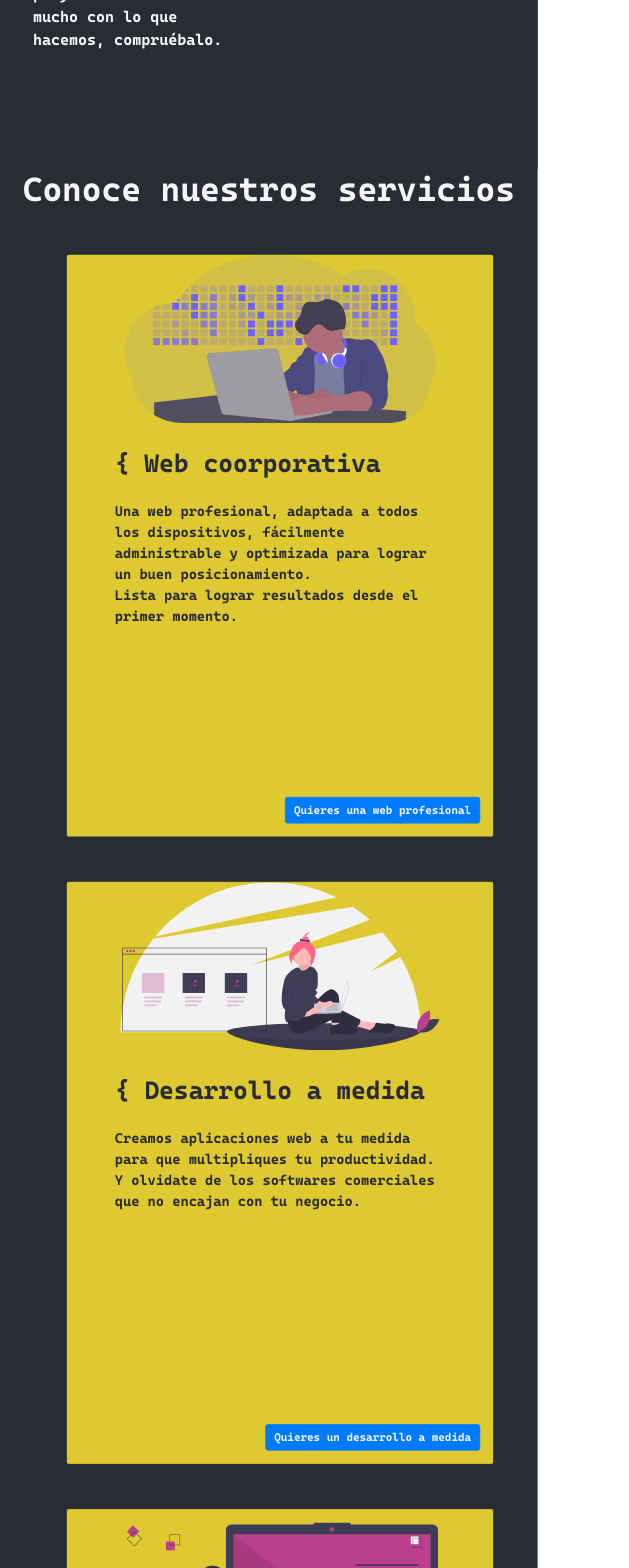
Repository: banchiec/thinkcode
Page: /
An editor plug-in stored every save of this project. The page is shown before and after the next save, followed by the edit.
The browser window is 768 px wide. The page is 899 px wide, so the pictures cover 899 px, including what lies to the right of the window. The pictures show the part of the page from y = 438 to 2678 px (the page is 4026 px tall before and 4218 px after), at 70% of full size.
Some web libraries are served in a nearby version. The project was rebuilt for these pictures with package versions that can differ from the ones it lists, and the page was loaded fresh each time. A package was used in the major version that the imports need, not the one package.json lists. Also part of the build but not shown: src/components/MenuItems.js, src/components/Dropdownthink.css, src/components/Dropdownthink.js, src/components/pages/Consulting.js, src/components/pages/ContactUs.js, src/components/pages/Marketing.js, src/components/pages/Products.js, src/components/pages/Services.js and 1 more.

Above is the page before, as saved 2020-11-27 11:52:48.

After the next save:
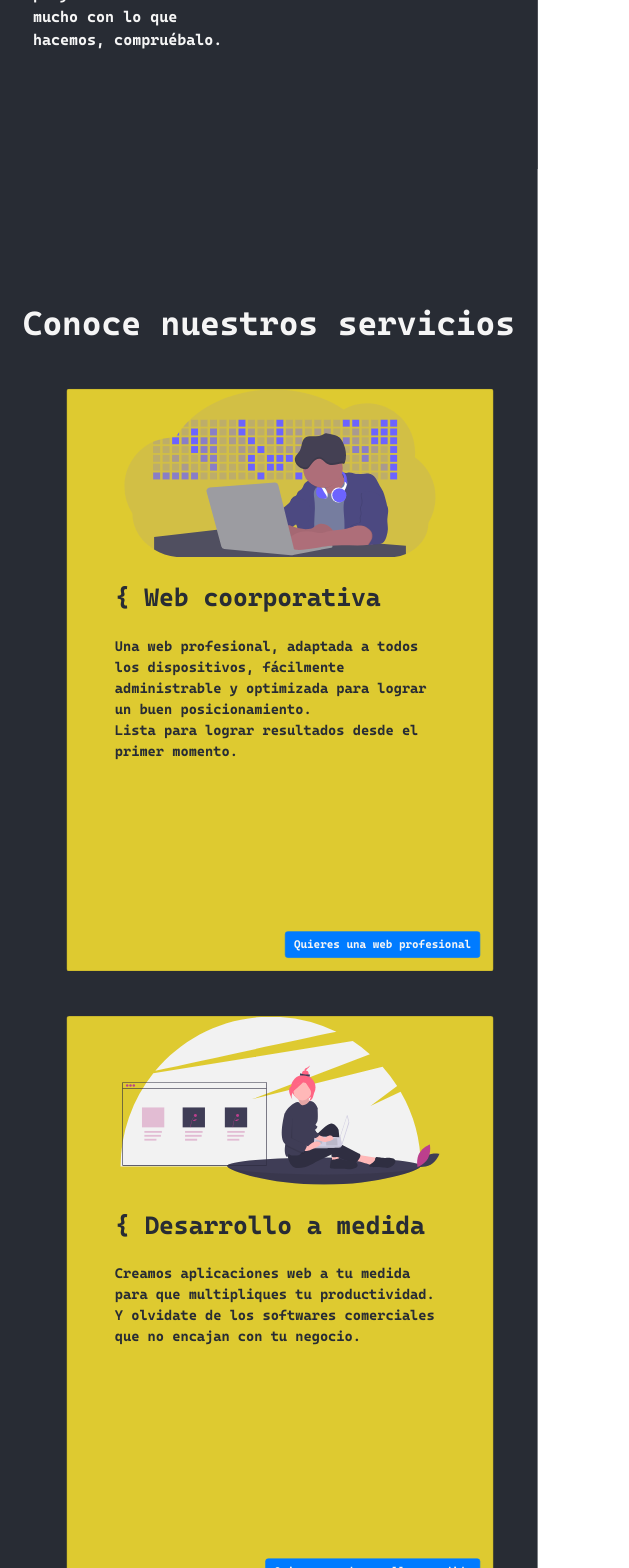
Saved 14 s later.
--- a/src/components/pricing/Pricing.css
+++ b/src/components/pricing/Pricing.css
@@ -58,4 +58,7 @@
 }
 
 @media screen and (max-width: 960px){
+    .text-propuesta{
+        margin-top: 12rem;
+    }
 }
